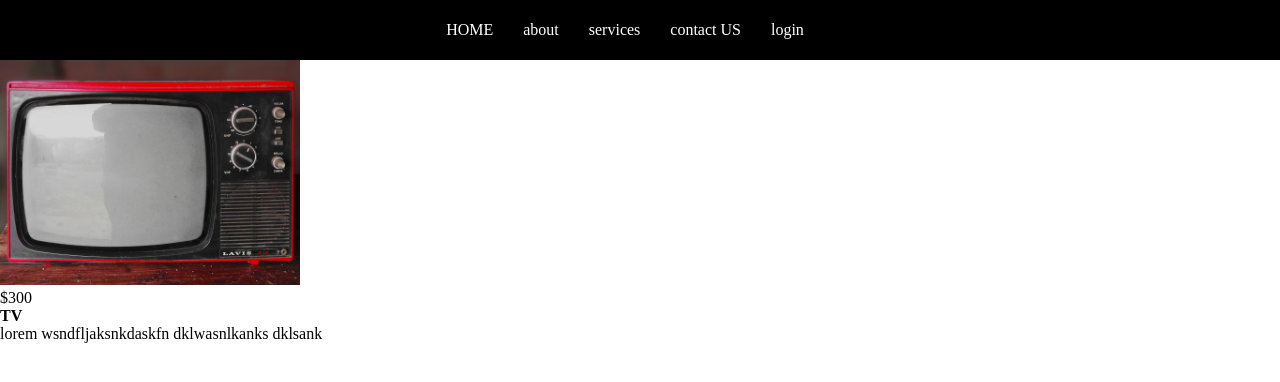
Repository: viveknaidu007/repo-166-Full-Stack-Development-Learning-Notes-Innomatics-2024
Page: module_1-html,css,bootstrap/sept_25_2024/index.html
The author's editor kept a copy of each file at every save. The page is drawn from the files as they stood at one save, then again after the next save.
The browser window is 1280 px wide. The pictures show the whole page.

Above is the page before, as saved 2024-09-27 19:00:40.

After the next save:
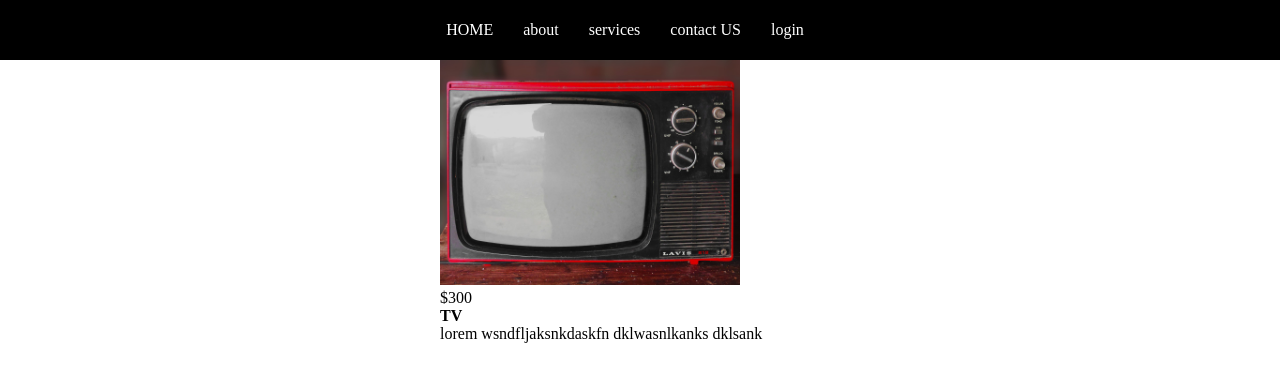
Saved 92 s later.
--- a/module_1-html,css,bootstrap/sept_25_2024/index.html
+++ b/module_1-html,css,bootstrap/sept_25_2024/index.html
@@ -28,8 +28,10 @@
 
         .product{
             width: 400px;
-            height : 600px;
+            height : 350px;
             border: 2px solid blaxk;
+            border-radius: 10px;
+            margin: auto;
         }
 
         img{
